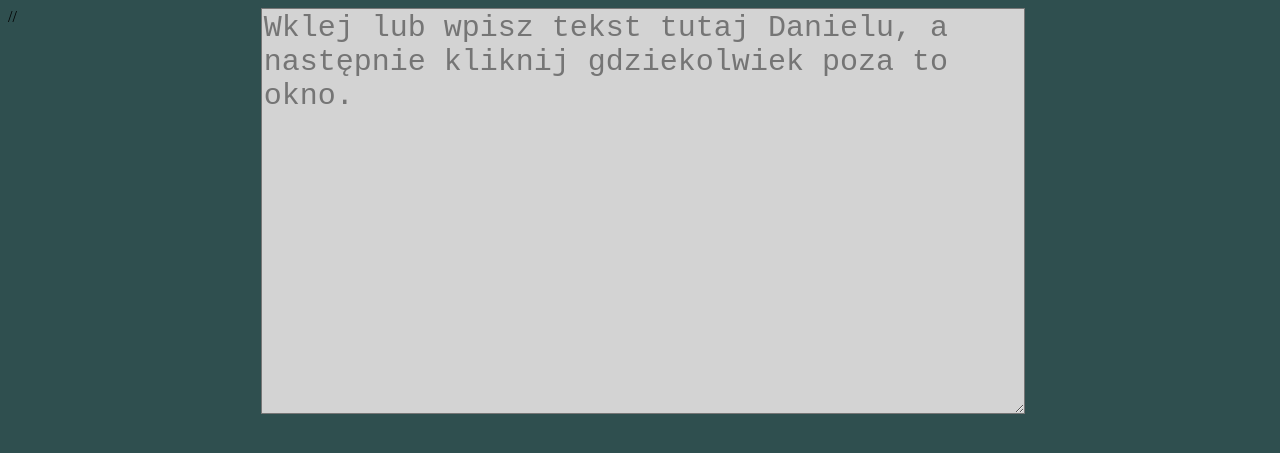
Repository: Gyeboorovsky/Playground
Page: Lettter Counter for Daniel/LetterCounter.html
The author's editor kept a copy of each file at every save. The page is drawn from the files as they stood at one save, then again after the next save.
The browser window is 1280 px wide. The pictures show the whole page.

Above is the page before, as saved 2020-04-05 03:29:41.

After the next save:
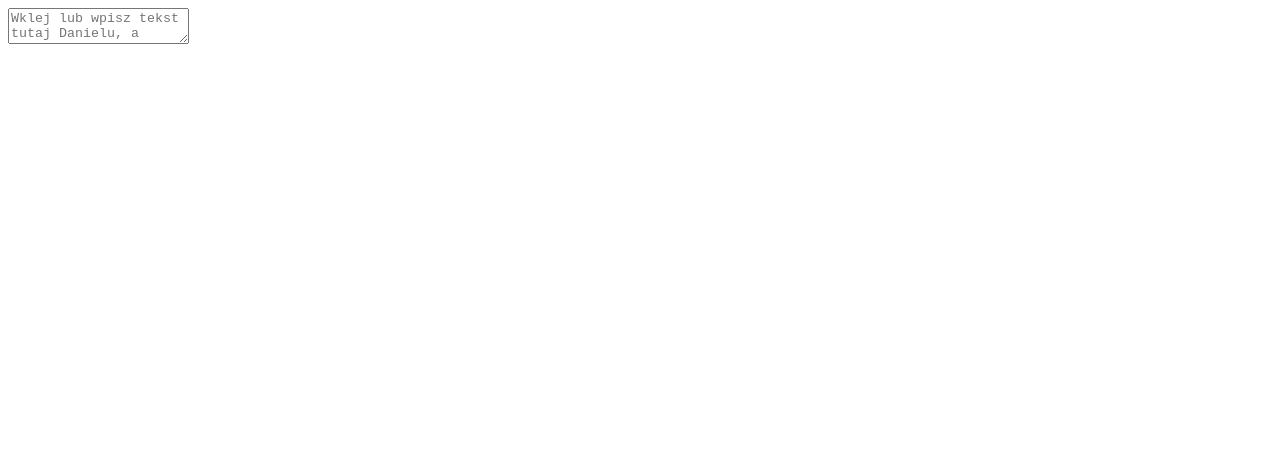
Saved 15 s later.
--- a/Lettter Counter for Daniel/LetterCounter.html
+++ b/Lettter Counter for Daniel/LetterCounter.html
@@ -1,7 +1,7 @@
 <!DOCTYPE html>
 <html>
     <head>
-        //<link rel="stylesheet" type="text/css" href="style.css">
+        <!-- <link rel="stylesheet" type="text/css" href="style.css"> -->
     </head>
     <body>
         <div id="letters">

After the save that followed:
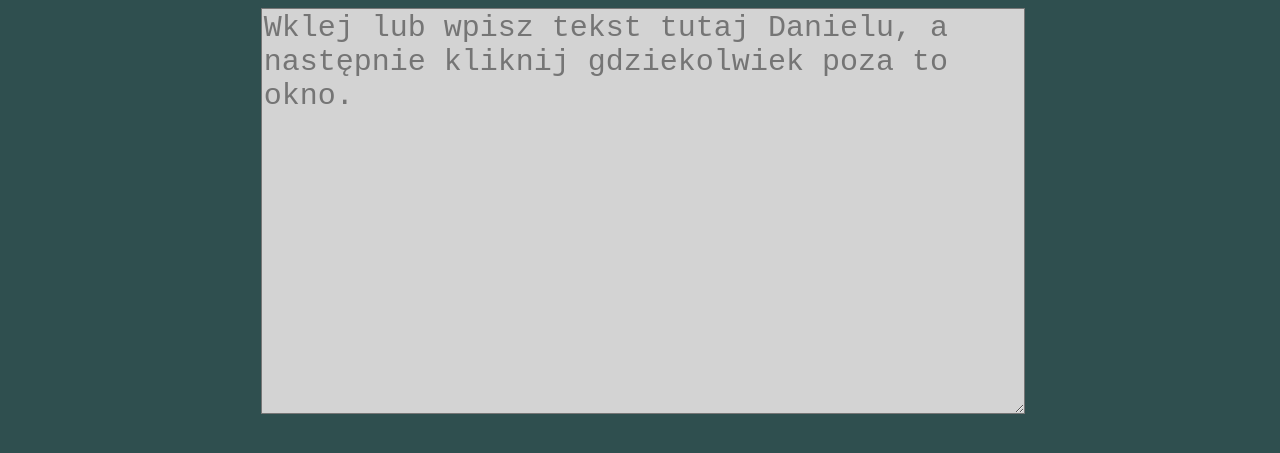
Saved 14 s later.
--- a/Lettter Counter for Daniel/LetterCounter.html
+++ b/Lettter Counter for Daniel/LetterCounter.html
@@ -1,7 +1,7 @@
 <!DOCTYPE html>
 <html>
     <head>
-        <!-- <link rel="stylesheet" type="text/css" href="style.css"> -->
+        <link rel="stylesheet" type="text/css" href="style.css">
     </head>
     <body>
         <div id="letters">
